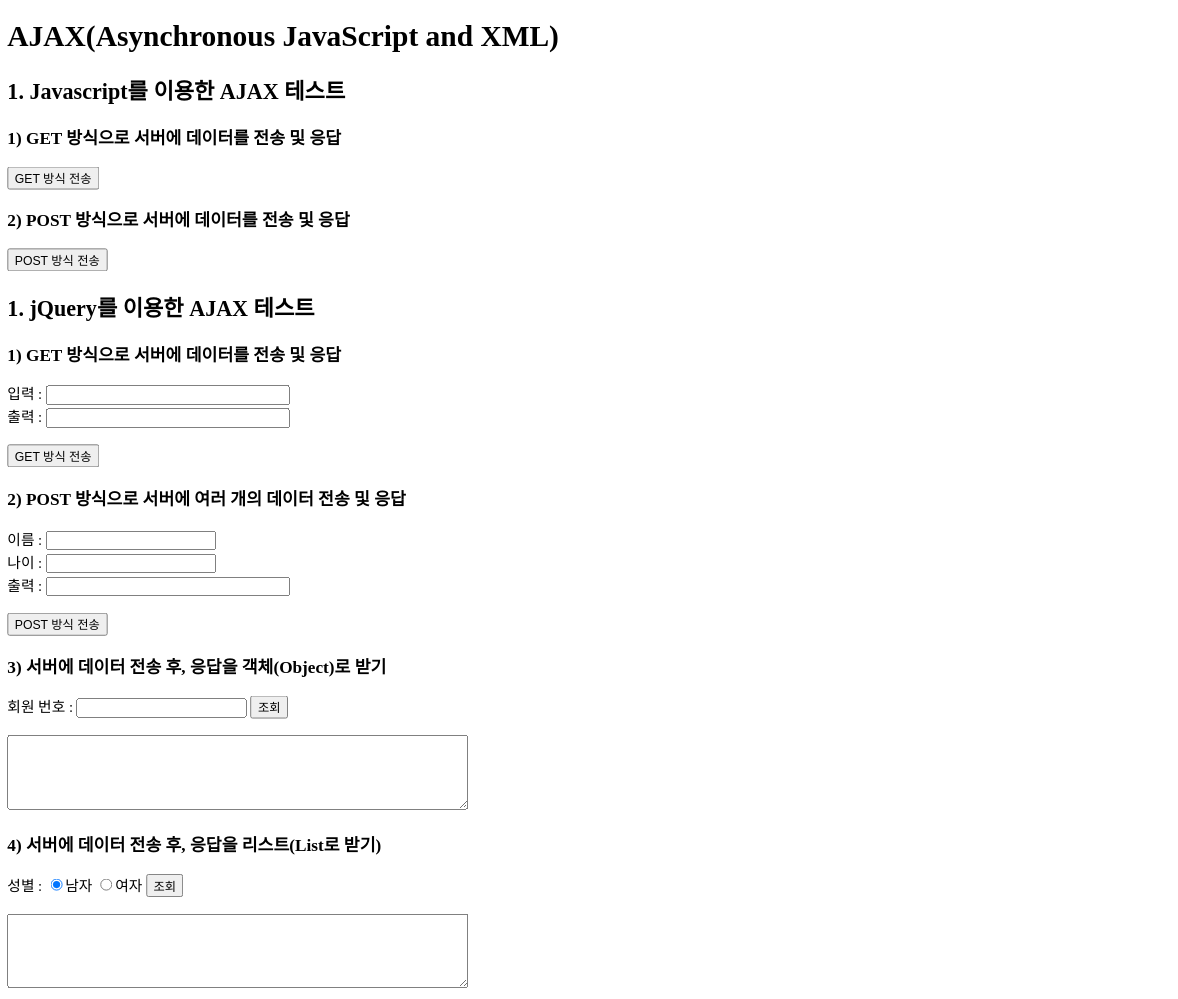
Repository: Parknogyung/Backend
Page: http://localhost/AJAX_PRACTICE/
An editor plug-in stored every save of this project. The page is shown before and after the next save, followed by the edit.
The browser window is 1280 px wide. The pictures show the whole page, at 92% of full size.
The page is served by Tomcat 9.

Above is the page before, as saved 2022-07-17 11:09:14.

After the next save:
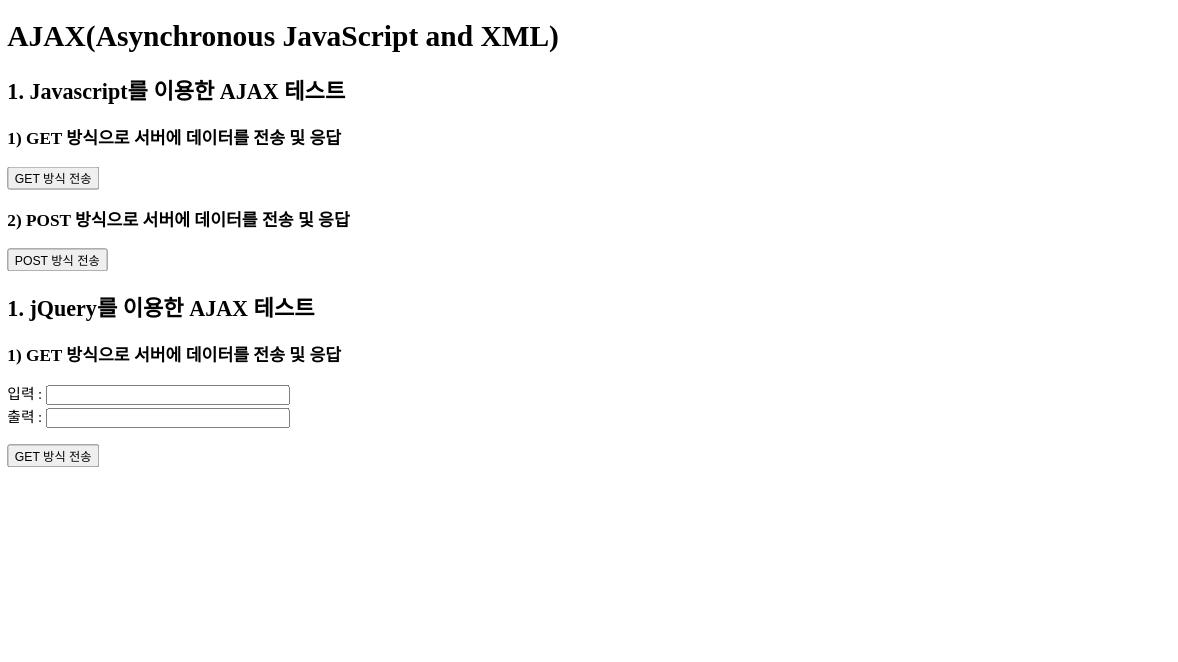
Saved 40 s later.
--- a/AJAX_PRACTICE/src/main/webapp/index.jsp
+++ b/AJAX_PRACTICE/src/main/webapp/index.jsp
@@ -112,31 +112,6 @@
 	<button id="btn3">GET 방식 전송</button>
 
 
-	<h3>2) POST 방식으로 서버에 여러 개의 데이터 전송 및 응답</h3>
-
-	이름 : <input type="text" id="name" /> <br>
-	나이 : <input type="text" id="age" /> <br>
-	출력 : <input type="text" id="output2" readonly size="30"/> <br> <br>
-
-	<button id="btn4">POST 방식 전송</button>
-
-	<h3>3) 서버에 데이터 전송 후, 응답을 객체(Object)로 받기</h3>
-	회원 번호 : <input type="text" id="userNo">
-
-	<button id="btn5">조회</button> <br><br>
-
-	<textarea id="textarea5" rows="5" cols="60"></textarea>
-
-	<h3>4) 서버에 데이터 전송 후, 응답을 리스트(List로 받기)</h3>
-
-	성별 :
-	<label> <input type="radio" name="gender" value="남자" checked>남자</label>
-	<label> <input type="radio" name="gender" value="여자" >여자</label>
-
-	<button id="btn6">조회</button> <br><br>
-
-	<textarea id="textarea6" rows="5" cols="60"></textarea>
-
 	<script>
 		$(document).ready(function() {
 			$("#btn3").on("click", function() {
